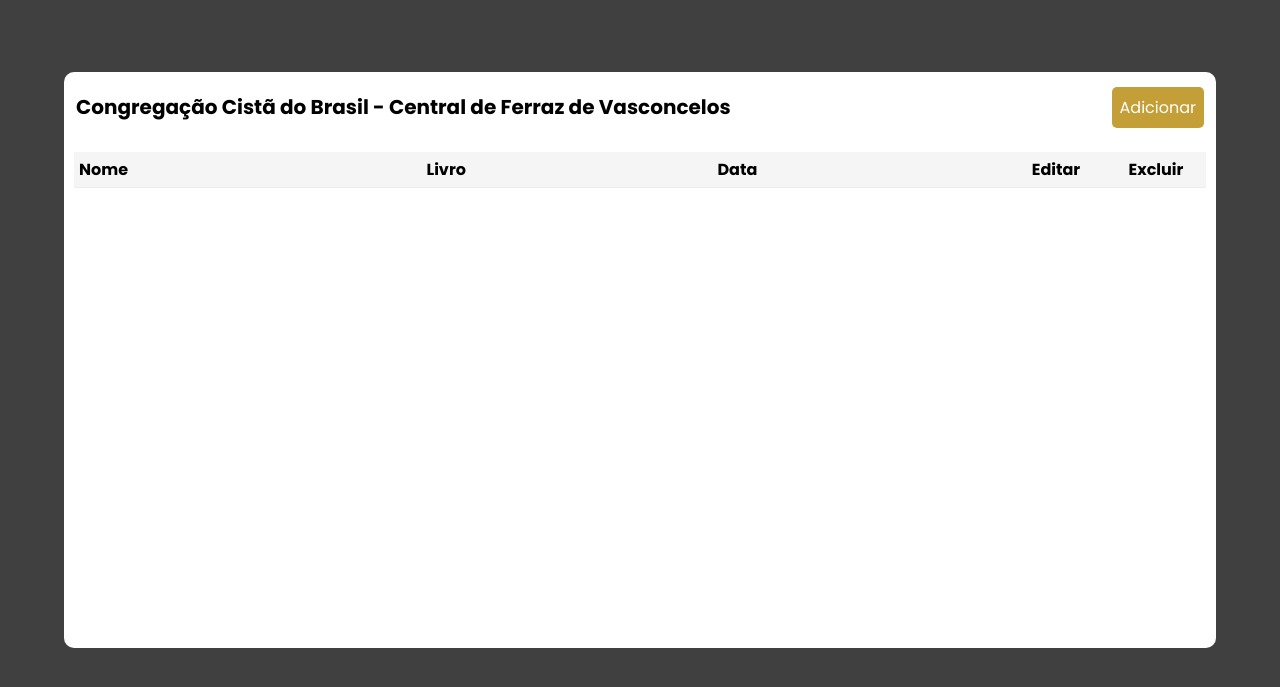
Repository: Matheus904-12/API-da-CCB
Page: index.html
An editor plug-in stored every save of this project. The page is shown before and after the next save, followed by the edit.
The browser window is 1280 px wide. The pictures show the whole page.

Above is the page before, as saved 2024-01-12 03:22:11.

After the next save:
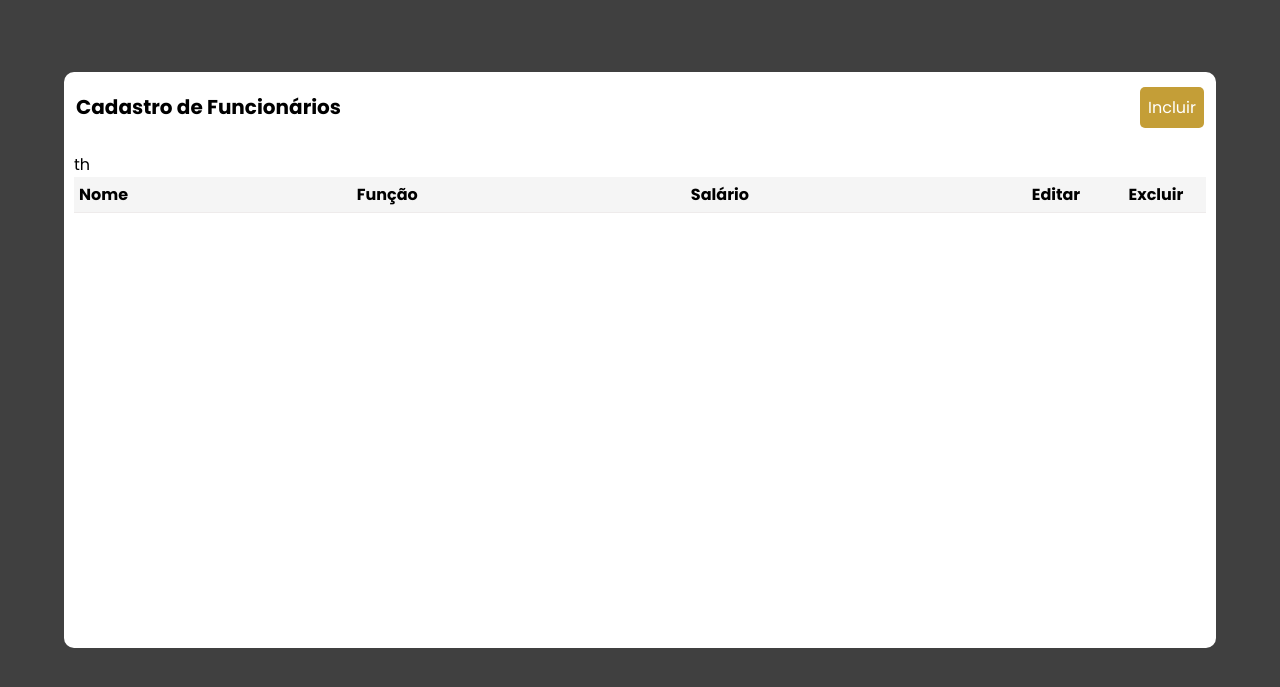
Saved 14 s later.
--- a/index.html
+++ b/index.html
@@ -1,11 +1,11 @@
 <!DOCTYPE html>
-<html lang="pt-br">
+<html lang="en">
 
 <head>
   <meta charset="UTF-8">
   <meta http-equiv="X-UA-Compatible" content="IE=edge">
   <meta name="viewport" content="width=device-width, initial-scale=1.0">
-  <title>CCB - Central</title>
+  <title>CRUD</title>
   <link rel="stylesheet" href="style.css">
   <link href='https://unpkg.com/boxicons@2.1.1/css/boxicons.min.css' rel='stylesheet'>
 </head>
@@ -13,17 +13,18 @@
 <body>
   <div class="container">
     <div class="header">
-      <span>Congregação Cistã do Brasil - Central de Ferraz de Vasconcelos</span>
-      <button onclick="openModal()" id="new">Adicionar</i></button>
+      <span>Cadastro de Funcionários</span>
+      <button onclick="openModal()" id="new">Incluir</i></button>
     </div>
 
     <div class="divTable">
       <table>
         <thead>
           <tr>
+            th
             <th>Nome</th>
-            <th>Livro</th>
-            <th>Data</th>
+            <th>Função</th>
+            <th>Salário</th>
             <th class="acao">Editar</th>
             <th class="acao">Excluir</th>
           </tr>
@@ -36,33 +37,14 @@
     <div class="modal-container">
       <div class="modal">
         <form>
-          <label for="gender">Auxiliar</label>
-            <select id="gender2">
-                <option value="">Nenhum</option>
-                <option value="">Aline Gomes Santos</option>
-                <option value="">Alfredo Bruske Schuster</option>
-                <option value="">Alef Vinicius</option>
-                <option value="">José Victor Zeller Gonçalves</option>
-                <option value="">Jonas Amorim Lopes da Silva</option>
-                <option value="">Loraine de Assis Souza</option>
-                <option value="">Natália de Sena Marques</option>
-              </select>
-              <input type="text">
-
           <label for="m-nome">Nome</label>
           <input id="m-nome" type="text" required />
 
-          <label for="m-funcao">Livro</label>
-          <input id="m-livro" type="text" required />
+          <label for="m-funcao">Função</label>
+          <input id="m-funcao" type="text" required />
 
-          <label for="m-funcao">Capítulo</label>
-          <input id="m-number" type="number" required />
-
-          <label for="m-funcao">Versículo</label>
-          <input id="m-funcao" type="number" required />
-
-          <label for="date">Data</label>
-          <input  id="m-funcao" type="date" id="date" required />
+          <label for="m-salario">Salário</label>
+          <input id="m-salario" type="number" required />
           <button id="btnSalvar">Salvar</button>
         </form>
       </div>
